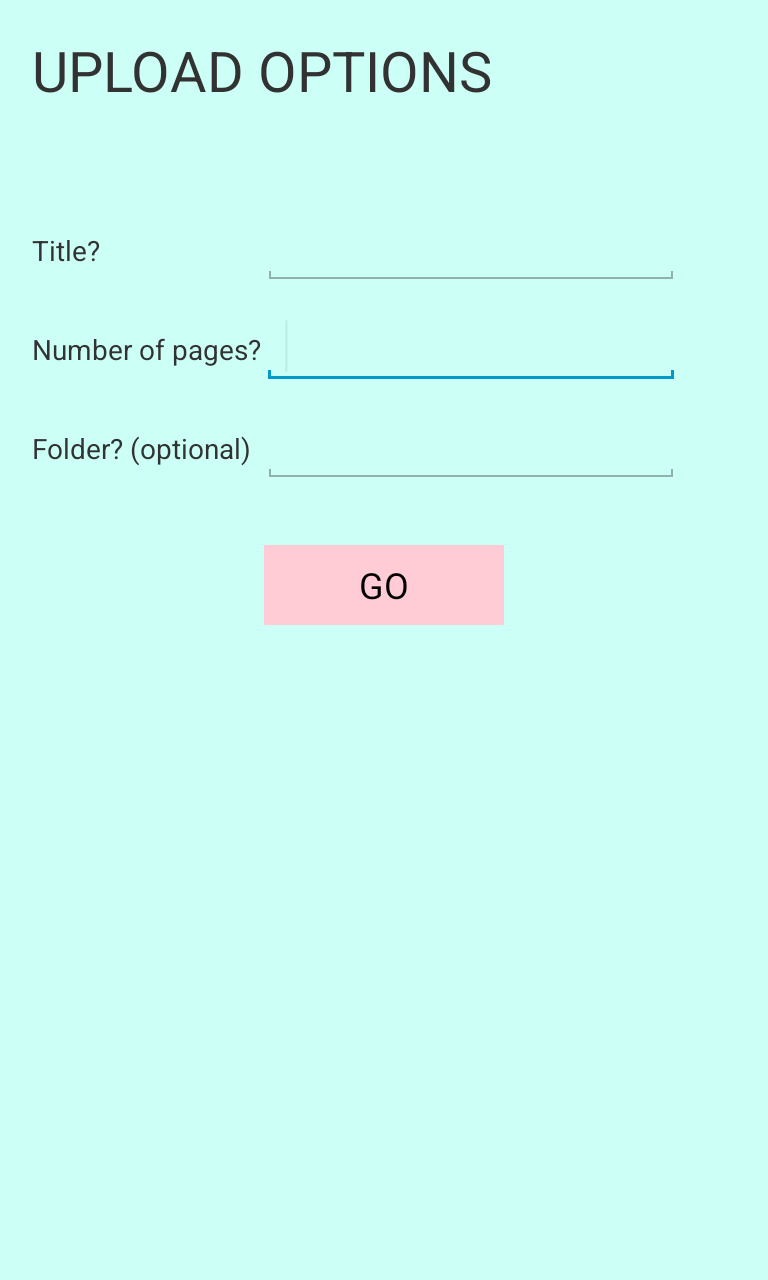
Repository: nick11roberts/Moka-Scanr
Layout: Document Uploader/res/layout/activity_options.xml
The author's editor kept a copy of each file at every save. The layout is drawn from the files as they stood at one save, then again after the next save.
It is drawn on a 768 x 1280 px phone screen (xhdpi) without system bars, with theme android:Theme.Holo.Light.NoActionBar; the app's code is not run. The app's manifest (not shown) leaves right-to-left support off. So textAlignment, textDirection and layoutDirection are ignored, and left and right values win over start and end ones.

Above is the layout before, as saved 2014-05-30 21:54:50.

### Document Uploader/res/layout/activity_options.xml
<LinearLayout xmlns:android="http://schemas.android.com/apk/res/android"
    xmlns:tools="http://schemas.android.com/tools"
    android:layout_width="match_parent"
    android:layout_height="match_parent"
    android:background="@color/bg_color"
    android:baselineAligned="true"
    android:gravity="center_horizontal"
    android:orientation="vertical"
    android:paddingBottom="@dimen/activity_vertical_margin"
    android:paddingLeft="@dimen/activity_horizontal_margin"
    android:paddingRight="@dimen/activity_horizontal_margin"
    android:paddingTop="@dimen/activity_vertical_margin" >

    <TextView
        android:layout_width="match_parent"
        android:layout_height="wrap_content"
        android:paddingBottom="30dp"
        android:paddingTop="0dp"
        android:text="@string/options_heading"
        android:textAlignment="center"
        android:textAllCaps="true"
        android:textSize="28sp" />

    <TableLayout
        android:layout_width="match_parent"
        android:layout_height="wrap_content"
        android:paddingBottom="20dp"
        android:paddingTop="20dp" >

        <TableRow
            android:id="@+id/tableRowDocumentTitle"
            android:layout_width="wrap_content"
            android:layout_height="wrap_content"
            android:paddingBottom="10dp" >

            <TextView
                android:id="@+id/textView2"
                android:layout_width="wrap_content"
                android:layout_height="wrap_content"
                android:text="@string/options_title" />

            <EditText
                android:id="@+id/inputTextDocumentTitle"
                android:layout_width="wrap_content"
                android:layout_height="wrap_content"
                android:ems="10"
                android:inputType="text" />

        </TableRow>

        <TableRow
            android:id="@+id/tableRowNumOfPages"
            android:layout_width="wrap_content"
            android:layout_height="wrap_content"
            android:paddingBottom="10dp" >

            <TextView
                android:id="@+id/textView1"
                android:layout_width="wrap_content"
                android:layout_height="wrap_content"
                android:text="@string/options_pages" />

            <EditText
                android:id="@+id/inputTextNumOfPages"
                android:layout_width="wrap_content"
                android:layout_height="wrap_content"
                android:ems="10"
                android:inputType="number">
                <requestFocus />
            </EditText>

        </TableRow>

        <TableRow
            android:id="@+id/tableRowFolder"
            android:layout_width="wrap_content"
            android:layout_height="wrap_content"
            android:paddingBottom="10dp" >

            <TextView
                android:id="@+id/textView3"
                android:layout_width="wrap_content"
                android:layout_height="wrap_content"
                android:text="@string/options_folder" />

            <EditText
                android:id="@+id/inputTextFolder"
                android:layout_width="wrap_content"
                android:layout_height="wrap_content"
                android:inputType="text"
                android:ems="10" />

        </TableRow>
    </TableLayout>


	<Button
        android:id="@+id/optionsButton"
        android:layout_width="120dp"
        android:layout_height="40dp"
        android:background="@color/button_color"
        android:text="@string/options_button_go"
        android:textAlignment="center" />



</LinearLayout>

### Document Uploader/res/values/colors.xml
<?xml version="1.0" encoding="utf-8"?>
<resources>
   <color name="button_color">#FFCCD5</color>
   <color name="bg_color">#CCFFF6</color>
</resources>

### Document Uploader/res/values/strings.xml
<?xml version="1.0" encoding="utf-8"?>
<resources>

    <string name="app_name">PDF-Drive</string>

    <string name="main_heading">Upload a new PDF?</string>
    <string name="main_button_upload">UPLOAD</string>

    <string name="options_heading">Upload options</string>
    <string name="options_pages">Number of pages?</string>
    <string name="options_title">Title?</string>
    <string name="options_folder">Folder? (optional)</string>
    <string name="options_button_go">GO</string>

    <string name="action_settings">Settings</string>

</resources>

Loaded but not shown: Document Uploader/res/values/dimens.xml (common file); Document Uploader/res/values-w820dp/dimens.xml (common file)

After the next save:
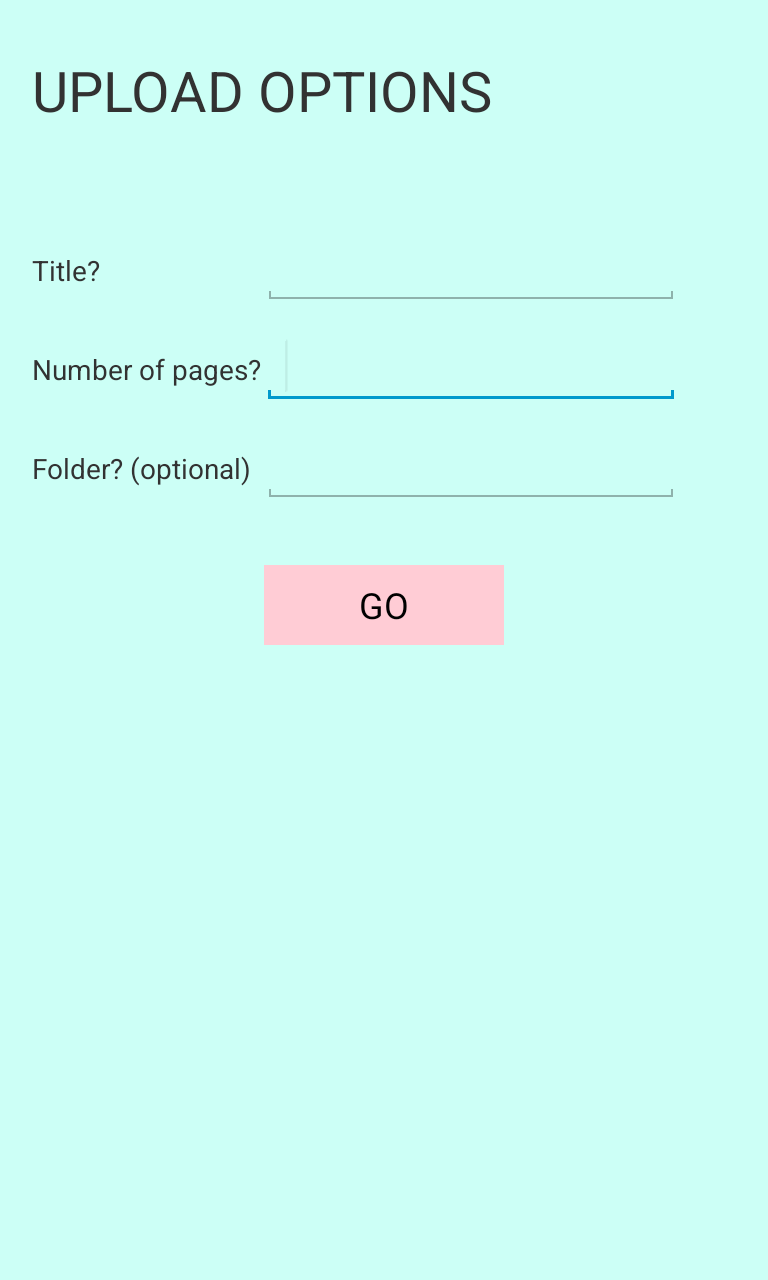
Saved 23 s later.
--- a/Document Uploader/res/layout/activity_options.xml
+++ b/Document Uploader/res/layout/activity_options.xml
@@ -15,7 +15,7 @@
         android:layout_width="match_parent"
         android:layout_height="wrap_content"
         android:paddingBottom="30dp"
-        android:paddingTop="0dp"
+        android:paddingTop="10dp"
         android:text="@string/options_heading"
         android:textAlignment="center"
         android:textAllCaps="true"
